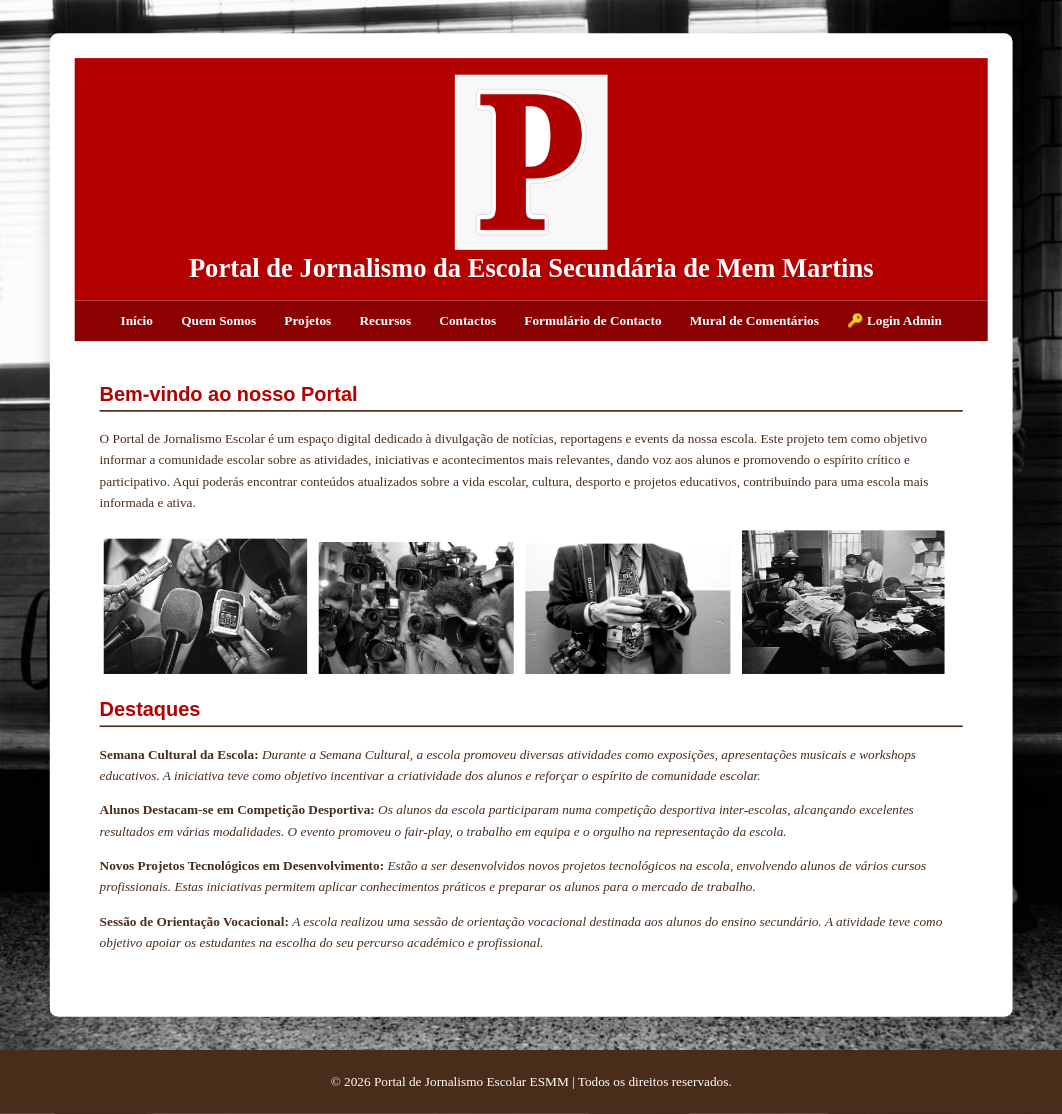
Repository: Sofiampsantos/Portal-de-Jornalismo-Escolar
Page: ProjetoProgV2/FormularioContacto/src/main/webapp/index.html
An editor plug-in stored every save of this project. The page is shown before and after the next save, followed by the edit.
The browser window is 1280 px wide. The pictures show the whole page, at 83% of full size.
Backgrounds fixed to the window are drawn as part of the page. Some web fonts or font styles are not loaded; a fallback is used.

Above is the page before, as saved 2026-05-24 15:04:08.
Console error: TypeError: Cannot set properties of null (setting 'innerText')

After the next save:
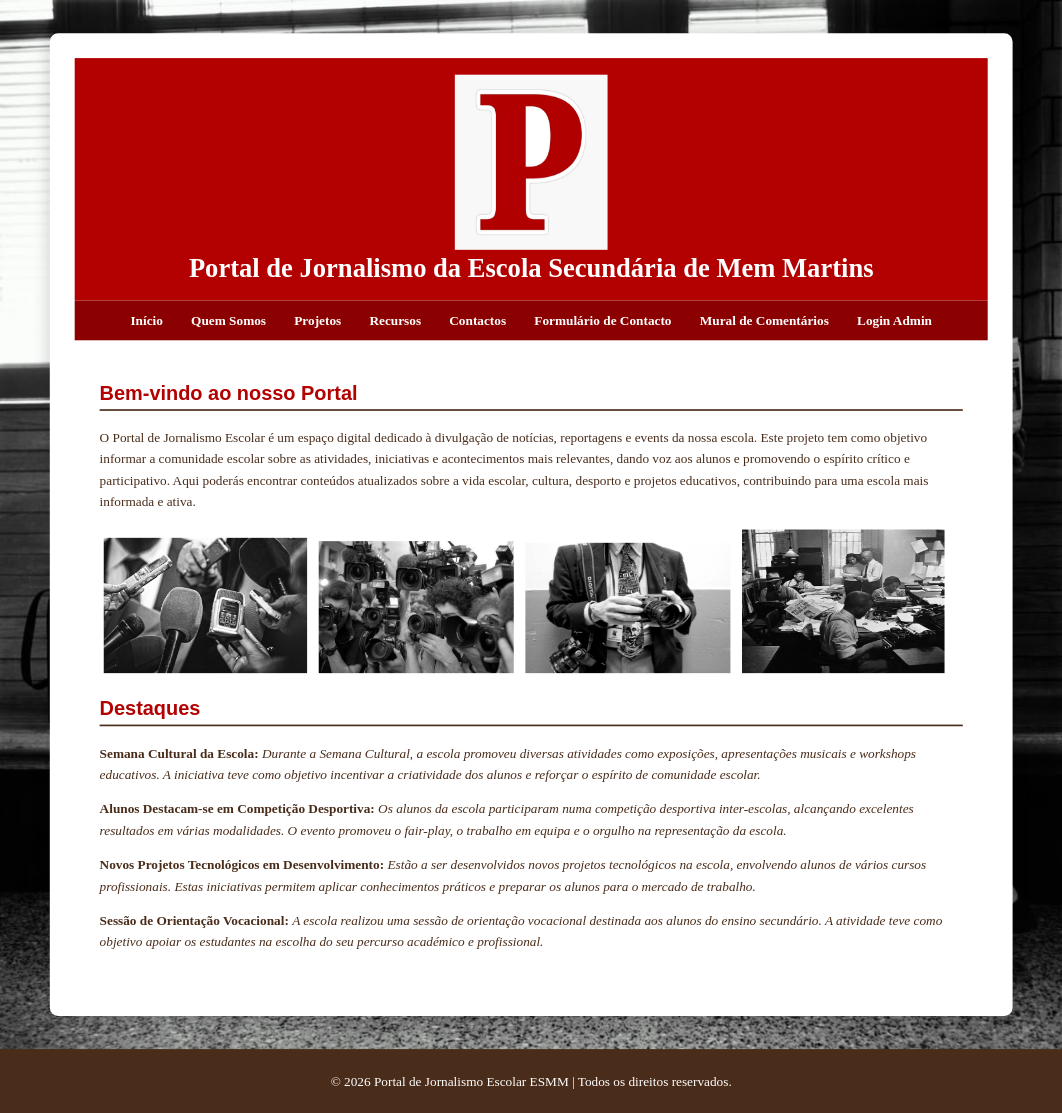
Saved 37 s later.
--- a/ProjetoProgV2/FormularioContacto/src/main/webapp/index.html
+++ b/ProjetoProgV2/FormularioContacto/src/main/webapp/index.html
@@ -24,7 +24,7 @@
             <li><a href="contactos.html">Contactos</a></li>
             <li><a href="contato.jsp">Formulário de Contacto</a></li>
             <li><a href="ListarComentariosServlet">Mural de Comentários</a></li>
-            <li><a href="login.jsp">🔑 Login Admin</a></li>
+            <li><a href="login.jsp">Login Admin</a></li>
         </ul>
     </nav>
 
